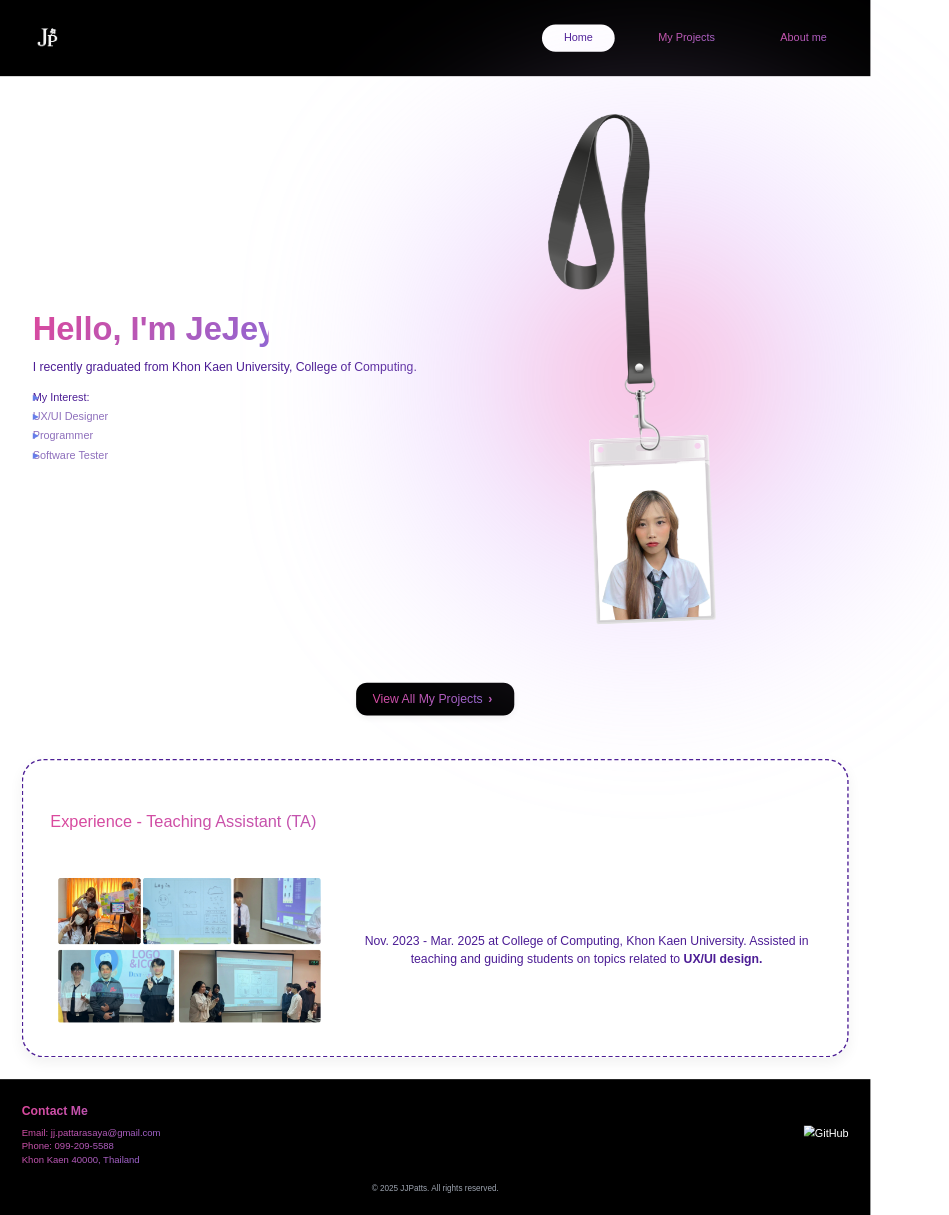
Repository: PattarasayaJJ/Portfolio-jjpatts
Page: /
These files come from the project's save history. The page is drawn as it stood at one moment and after the next save; the edit follows.
The browser window is 1280 px wide. The page is 1396 px wide, so the pictures cover 1396 px, including what lies to the right of the window. The pictures show the whole page, at 68% of full size.
The project was rebuilt for these pictures with package versions that can differ from the ones it lists, and the page was loaded fresh each time. Also part of the build but not shown: vite.config.js, vite.config.ts, src/header.css, src/components/Works.jsx, src/components/Aboutme.jsx.

Above is the page before, as saved 2025-08-03 16:50:05.

### index.html
<!doctype html>
<html lang="en">
  <head>
    <meta charset="UTF-8" />
    <link rel="icon" type="image/svg+xml" href="/JPtab.png" />
    <meta name="viewport" content="width=device-width, initial-scale=1.0" />
    <title>JJPatts Portfolio</title>
  </head>
  <body>
    <div id="root"></div>
    <script type="module" src="/src/index.jsx"></script>
  </body>
</html>

### src/index.css
@import 'tailwindcss/base';
@import 'tailwindcss/components';
@import 'tailwindcss/utilities';
@import url('https://fonts.googleapis.com/css2?family=Kanit:wght@400;700&display=swap');

*{
   font-family: 'Kanit', sans-serif;

}

### src/App.jsx
import React from 'react';
import { BrowserRouter as Router, Routes, Route } from 'react-router-dom';
import { Header } from './components/Header';
import { Hero } from './components/Hero';
import { Works } from './components/Works';
import { Aboutme } from './components/Aboutme' ;
import { Footer } from './components/Footer';
export function App() {
  return (
    <Router>
      <div className="w-full min-h-screen bg-white">
        <Header />
        <main className="w-full">
          <Routes>
            <Route path="/" element={<><Hero /> </>} />
            <Route path="/works" element={<><Works /></>}/>
            <Route path="/aboutme" element={<Aboutme />} />


          </Routes>
        </main>
        <Footer />

      </div>
    </Router>
  );
}

### src/components/Header.jsx
import React, { useState } from 'react';
import { Link, useLocation } from 'react-router-dom';
import { MenuIcon, XIcon } from 'lucide-react';
import '../header.css';

export function Header() {
  const [isMenuOpen, setIsMenuOpen] = useState(false);
  const location = useLocation();

  const isActive = (path) => location.pathname === path;

  return (
    <header className="w-full bg-black py-4 px-8 relative">
      <div className="max-w-7xl mx-auto flex justify-between items-center">
        <Link to="/">
          <div className="flex items-center">
            <img src="/JP.png" alt="logo" className="w-20" />
          </div>
        </Link>

        <nav className="hidden md:flex space-x-8">
          <Link
            to="/"
            className={`font-medium px-8 py-2 rounded-full ${
              isActive('/') ? 'bg-white text-purple-600' : 'gradient-text'
            }`}
            style={isActive('/') ? { color: '#4c1d95' } : {}}
          >
            Home
          </Link>
          <Link
            to="/works"
            className={`font-medium px-8 py-2 rounded-full ${
              isActive('/works') ? 'bg-white text-purple-600' : 'gradient-text'
            }`}
            style={isActive('/works') ? { color: '#4c1d95' } : {}}
          >
            My Projects
          </Link>
          <Link
            to="/aboutme"
            className={`font-medium px-8 py-2 rounded-full ${
              isActive('/aboutme') ? 'bg-white text-purple-600' : 'gradient-text'
            }`}
            style={isActive('/aboutme') ? { color: '#4c1d95' } : {}}
          >
            About me
          </Link>
        </nav>

        <button className="md:hidden text-white" onClick={() => setIsMenuOpen(!isMenuOpen)}>
          {isMenuOpen ? <XIcon size={24} /> : <MenuIcon size={24} />}
        </button>
      </div>

      <div
        className={`
          fixed top-0 right-0 w-64 h-full bg-black z-50 transform transition-transform duration-300 ease-in-out
          ${isMenuOpen ? 'translate-x-0' : 'translate-x-full'}
          md:hidden
        `}
      >
        <div className="p-6">
          <button className="text-white mb-8" onClick={() => setIsMenuOpen(false)}>
            <XIcon size={24} />
          </button>
          <nav className="flex flex-col space-y-6">
            <Link
              to="/"
              className={`font-medium px-6 py-2 rounded-full block text-center ${
                isActive('/') ? 'bg-white text-purple-600' : 'gradient-text'
              }`}
              style={isActive('/') ? { color: '#4c1d95' } : {}}
              onClick={() => setIsMenuOpen(false)}
            >
              Home
            </Link>
            <Link
              to="/works"
              className={`font-medium px-6 py-2 rounded-full block text-center ${
                isActive('/works') ? 'bg-white text-purple-600' : 'gradient-text'
              }`}
              style={isActive('/works') ? { color: '#4c1d95' } : {}}
              onClick={() => setIsMenuOpen(false)}
            >
              My Projects
            </Link>
            <Link
              to="/aboutme"
              className={`font-medium px-6 py-2 rounded-full block text-center ${
                isActive('/aboutme') ? 'bg-white text-purple-600' : 'gradient-text'
              }`}
              style={isActive('/aboutme') ? { color: '#4c1d95' } : {}}
              onClick={() => setIsMenuOpen(false)}
            >
              About me
            </Link>
          </nav>
        </div>
      </div>

      {isMenuOpen && (
        <div
          className="fixed inset-0 bg-black bg-opacity-50 z-40 md:hidden"
          onClick={() => setIsMenuOpen(false)}
        />
      )}
    </header>
  );
}

### src/components/Hero.jsx
import React from 'react';
import '../hero.css';
import { Link } from 'react-router-dom';

export const Hero = () => {
  return (
    <>
      <section className="hero-section">
        <div className="hero-container">
          <div className="hero-left">
            <div className="hero-text-box">
<span className="hero-name typing gradient-text">Hello, I'm JeJey.</span>              <p className="hero-quote">
                I recently graduated from Khon Kaen University, College of Computing.
              </p>
              <li className='interest'>My Interest: </li>              <li >UX/UI Designer</li>    <li >Programmer</li>               <li >Software Tester</li>
            </div>


          </div>

          <div className="hero-left">
            <div className="hero-image-wrapper">
              <img
                src="/card1.png"
                alt="Portfolio character illustration"
                className="hero-main-image"
              />
            </div>

          </div>

        </div>
          <Link
  to="/works"
  className="moreproject"
  onClick={() => window.scrollTo({ top: 0, behavior: 'instant' })}
>
  <span className="gradient-text">View All My Projects</span>
  <span className="arrow-icon gradient-text">›</span>
</Link>
      </section>

      <section className="hero-section">
        <div className="final-project-card-ex">
          <h2 className="final-project-title gradient-text">
            Experience - Teaching Assistant (TA)
          </h2>
          <div className="final-project-content">
            <div className="final">
              <img
                src="/ta.png"
                alt="TA Presentation"
                className="bottom-image"
              />
            </div>
            <p className="bottom-caption">
              Nov. 2023 - Mar. 2025 at College of Computing, Khon Kaen University.
              Assisted in teaching and guiding students on topics related to{' '}
              <span className="uxui">UX/UI design.</span>
            </p>
          </div>
        </div>
      </section>
    </>
  );
};

### src/components/Footer.jsx
import React from 'react';

export function Footer() {
  return (
    <footer className="w-full bg-black text-white py-8 px-8">
  <div className="max-w-7xl mx-auto flex flex-col md:flex-row justify-between items-center space-y-6 md:space-y-0">

        <div className="text-center md:text-left gradient-text ">
          <h2 className="text-lg font-semibold">Contact Me</h2>
          <p className="text-sm mt-2">Email: jj.pattarasaya@gmail.com</p>
          <p className="text-sm">Phone: 099-209-5588</p>
          <p className="text-sm">Khon Kaen 40000, Thailand</p>

        </div>

        <div className="flex space-x-4 ">
        <a href="https://github.com/PattarasayaJJ" target="_blank" rel="noopener noreferrer">
        <img src="https://github.githubassets.com/favicons/favicon.png" alt="GitHub" />

  </a>

        </div>
      </div>

      <div className="text-center text-xs text-gray-400 mt-6 ">
        © {new Date().getFullYear()} JJPatts. All rights reserved.
      </div>
    </footer>
  );
}

### src/hero.css

.hero-section {
  max-width: 80rem;
    margin: 0 auto;
    padding: 2rem;
}

.hero-container {
  max-width: 80rem;
  margin: 0 auto;
  display: flex;
  flex-direction: column;
  gap: 2rem;
  justify-content: space-between;
  align-items: center;
}

.hero-image-wrapper {
  position: relative;
  z-index: 10;
  overflow: visible;
}


@keyframes gradientShift {
  0% {
    background: radial-gradient(
      circle at center,
      rgba(244, 114, 182, 0.5),
      rgba(216, 180, 255, 0.3),
      transparent 70%
    );
  }
  50% {
    background: radial-gradient(
      circle at center,
      rgba(129, 140, 248, 0.5),
      rgba(216, 180, 255, 0.4),
      transparent 70%
    );
  }
  100% {
    background: radial-gradient(
      circle at center,
      rgba(244, 114, 182, 0.5),
      rgba(216, 180, 255, 0.3),
      transparent 70%
    );
  }
}


.hero-image-wrapper::before {
  content: "";
  position: absolute;
  top: 50%;
  left: 50%;
  width: 150%;
  height: 150%;
  transform: translate(-50%, -50%);
  filter: blur(80px);
  z-index: 5;
  pointer-events: none;
  animation: gradientShift 5s ease-in-out infinite;
}



.hero-left {
  position: relative;
  width: 100%;
}

@media (min-width: 768px) {
  .interest{
    list-style: none;
    color: #4c1d95;
    font-size: 1.125rem;




  }
  .interest::before {
  content: "▸";
  position: absolute;
  left: 0;
  color: #667eea;
  font-weight: bold;
  transition: all 0.3s ease;
}

li {
  list-style: none;
  color: #4d1d95;
  line-height: 2rem;
  font-size: 1.125rem;
  padding: 0.5rem 0;
  position: relative;
  padding-left: 1.5rem;
  transition: all 0.3s ease;
}

li:not(.interest)::before {
  content: "▸";
  position: absolute;
  left: 0;
  color: #667eea;
  font-weight: bold;
  transition: all 0.3s ease;
}

li:not(.interest):hover {
  color: #667eea;
  transform: translateX(5px);
}

li:not(.interest):hover::before {
  color: #764ba2;
  transform: scale(1.2);
}
  .hero-container {
    flex-direction: row;
  }
  .hero-left {
    width: 50%;
  }
  .final-project-card-ex {
    border-radius: 2rem;
    padding: 2.5rem;
    box-shadow: 0 8px 20px rgba(0, 0, 0, 0.06);
    border-width:2px;
    border-style:dashed;
    border-color: #4c1d95;
  }
  .hero-right {
    width: 50%;
    text-align: right;
  }
}





.hero-text-box {
  color: #4c1d95;
  max-width: 36rem;
  margin-left: auto;
}



.hero-quote {
  font-size: 1.125rem;
  margin-bottom: 1rem;

}

.hero-name {
  font-weight: 700;
  margin-top: 1rem;


}




@keyframes swingImage {
  0% {
    transform: rotate(0deg);
  }
  25% {
    transform: rotate(-3deg);
  }
  50% {
    transform: rotate(0deg);
  }
  75% {
    transform: rotate(3deg);
  }
  100% {
    transform: rotate(0deg);
  }
}

.hero-main-image {
  width: 100%;
  max-width: 28rem;
  margin: 0 auto;
  position: relative;
  z-index: 20;
  animation: swingImage 5s ease-in-out infinite;
  transform-origin:center;
}


@media (max-width: 767px) {
  .hero-image-wrapper::before {
    width: 100%;
    height: 100%;
    filter: blur(60px);
  }
  .hero-main-image {
    width: 90%;
    max-width: 20rem;
  }

  .hero-text-box {
    max-width: 100%;
    margin-left: 0;
    padding: 0 1rem;
  }
  .hero-quote {
    font-size: 1rem;

  }

  .bottom-caption {
    font-size: 1rem;
    color: #4c1d95;
    align-self: center;
    text-align: center;

  }
  .uxui{
    font-size: 1rem;
    color: #4c1d95;
    text-align: center;
    line-height: 1.5;
    font-weight: bold;

  }
  .final-project-card-ex {
    border-radius: 2rem;
    padding: 2.5rem;
    box-shadow: 0 8px 20px rgba(0, 0, 0, 0.06);
    border-width:2px;
    border-style:dashed;
    border-color: #4c1d95;
  }
  .interest{
    list-style: none;
    color: #4c1d95;

  }
  li{
    font-size: 1rem;
    color: #4d1d95a2;
    line-height: 1.8rem;

  }

}







  @media (min-width: 768px) {
    .experience-title {
      text-align: left;
      font-size: 1.5rem;
    }
  }



  @media (min-width: 768px) {

  }


  @media (min-width: 768px) {
    .bottom-image {
      width:100%;
      max-width: 700px;
      border-radius: 1rem;
    }


    .bottom-caption {
      font-size: 1.125rem;
      color: #4c1d95;
      align-self: center;
      text-align: center;

    }
    .uxui{
      font-size: 1.125rem;
      color: #4c1d95;
      text-align: center;
      line-height: 1.5;
      font-weight: bold;

    }
  }



  .hero-name{
    font-size: 3rem;
  }

  .typing {
    display: inline-block;
    overflow: hidden;
    white-space: nowrap;
    animation: typing 2s steps(13) forwards;
  }

  @keyframes typing {
    from { width: 0 }
    to { width: 13ch }
  }

### src/projects.css
.projects-section {
  max-width: 80rem;
  margin: 0 auto;
  padding: 2rem 1rem;
  background-color: #ffffff;
  width: 100%;
}

.projects-container {
  max-width: 80rem;
  margin: 0 auto;
  display: flex;
  flex-direction: column;
  gap: 2rem;
}

.final-project-card {
  background: linear-gradient(to right, #FFFFFF, #E1D0F9);
  border-radius: 2rem;
  padding: 2rem;
  box-shadow: 0 8px 20px rgba(0, 0, 0, 0.06);
  display: flex;
  flex-direction: column;
  align-items: center;
  gap: 1.5rem;
}

 .minicard{
    background: linear-gradient(to right, #ffffff, #ffffff);
    border-radius: 2rem;
    padding: 2.5rem;
    box-shadow: 0 8px 20px rgba(0, 0, 0, 0.06);
      border: 1px solid #eee7f9; /* สีม่วงเข้ม ชัดๆ */

  }

.final-project-content {
  display: flex;
  flex-direction: row;
  align-items: center;
  justify-content: space-between;
  gap: 2em;
  font-size: 1.125rem;
  color: #4c1d95;
}

.final-project-text {
  width: 100%;
}

.project-title,
.final-project-title {
  font-size: 1.5rem;
  margin-bottom: 1.5rem;
  padding: 2rem 0;
  color: #DD489B;
}

.project-card.mini .project-title {
  color: #9067D3;
}

.project-image,
.final-project-image,
.project-screenshot {
  width: 100%;
  max-width: 800px;
  height: auto;
  border-radius: 1rem;
  object-fit: cover;
  display: flex;
  align-items: center;
  justify-content: center;
  margin-top: 1rem;
}

.moreproject {
  width: fit-content;
  height: 3rem;
  border-radius: 16px;
  display: flex;
  align-items: center;
  justify-content: center;
  font-size: 1.125rem;
  cursor: pointer;
  transition: background-color 0.3s, transform 0.2s;
  text-decoration: none;
  margin: 2rem auto 0;
  box-shadow: 0 4px 10px rgba(0, 0, 0, 0.05);
  animation: pulseMove 2s ease-in-out infinite;
  background-color: black;
  padding: 0 1.5rem;
}

.moreproject:hover {
  background-color: #f2f2f2;
  transform: scale(1.08);
}

.arrow-icon {
  padding: 0.5rem;
  font-weight: bold;
}

@keyframes pulseMove {
  0% {
    transform: scale(1);
  }

  50% {
    transform: scale(1.05);
  }

  100% {
    transform: scale(1);
  }
}

@media (max-width: 767px) {
  .projects-section {
    padding: 2rem 1rem;
  }

  .final-project-card {
    padding: 2rem;
    border-radius: 1.5rem;
  }

  .final-project-content {
    flex-direction: column;
    font-size: 1rem;
  }

  .final-project-text {
    width: 100%;
  }

  .final-project-image {
    width: 100%;
  }

  .project-title {
    font-size: 1.25rem;
  }

  .icon-wrapper {
    width: 2rem;
    height: 2rem;
  }

  .project-screenshot {
    margin-top: 1rem;
  }

  .mini-projects-grid {
    gap: 1.5rem;
  }

  .text-final,
  .appname {
    text-align: center;
    font-size: 1rem;
    color: #4c1d95;
    font-weight: 700;
  }
}

@media (min-width: 768px) {
  .projects-section {
    padding: 2rem;
  }

  .project-title {
    font-size: 2rem;
  }

  .project-image {
    max-width: 1000px;
  }

  .text-final,
  .final-project-content,
  .appname {
    font-size: 1.125rem;
    color: #4c1d95;
  }

  .appname {
    font-weight: 700;
  }
}

@media (min-width: 768px) and (max-width: 1024px) and (orientation: portrait) {
  .final-project-content {
    flex-direction: column;
  }
}

### src/work.css
.projects-section {
  width: 100%;
  max-width: 1200px;
  margin: 0 auto;
  padding: 2rem 1rem;
  background-color: #ffffff;
}

.projects-container {
  display: flex;
  flex-direction: column;
  gap: 3rem;
}

.breadcrumb {
  margin-bottom: 2rem;
  font-size: 0.9rem;
  color: #666;
}

.breadcrumb-link {
  color: #666;
  text-decoration: none;
}

.breadcrumb-link:hover {
  color: #333;
}

.breadcrumb-separator {
  margin: 0 0.5rem;
}

.breadcrumb-current {
  color: #333;
  font-weight: 500;
}

.final-project-text {
  text-align: left;
}

.project-title {
  font-size: 2rem;
  font-weight: 700;
  color: #DD489B;
  margin: 0;
  list-style: none;
}

.project-title li {
  list-style: none;
}

.gradient-text {
  background: linear-gradient(135deg, #DD489B, #9067D3);
  -webkit-background-clip: text;
  -webkit-text-fill-color: transparent;
  background-clip: text;
}

/* Project Card */
.project-card {
  background: #ffffff;
  border-radius: 20px;
  padding: 3rem;
  box-shadow: 0 8px 32px rgba(0, 0, 0, 0.08);
  border: 1px solid #f0f0f0;
  display: flex;
  flex-direction: column;
  gap: 2rem;
}

/* Project Images */
.project-images {
  display: flex;
  justify-content: center;
  gap: 2rem;
  margin-bottom: 1rem;
}

.project-images.single {
  justify-content: center;
}

.project-images.single .project-image {
  max-width: 600px;
}

.project-image {
  max-width: 400px;
  width: 100%;
  height: auto;
  border-radius: 12px;
  box-shadow: 0 8px 24px rgba(0, 0, 0, 0.12);
  transition: transform 0.3s ease, box-shadow 0.3s ease;
}

.project-image:hover {
  transform: translateY(-4px);
  box-shadow: 0 12px 32px rgba(0, 0, 0, 0.16);
}

/* Project Content */
.project-content {
  text-align: center;
  display: flex;
  flex-direction: column;
  gap: 1.5rem;
}

.project-name {
  font-size: 1.25rem;
  line-height: 1.6;
  color: #4c1d95;
  margin: 0;
  font-weight: 400;
}

.highlight {
  font-weight: 700;
  color: #6b46c1;
}

/* Skills List */
.skills-list {
  display: flex;
  flex-wrap: wrap;
  gap: 0.75rem;
  margin-top: 1rem;
}

.skill-tag {
  background: linear-gradient(135deg, #e5d4ff, #f3e8ff);
  color: #6b46c1;
  padding: 0.5rem 1rem;
  border-radius: 20px;
  font-size: 0.875rem;
  font-weight: 500;
  border: 1px solid #e5d4ff;
  transition: all 0.3s ease;
}

.skill-tag:hover {
  background: linear-gradient(135deg, #ddd6fe, #e5d4ff);
  transform: translateY(-2px);
  box-shadow: 0 4px 12px rgba(107, 70, 193, 0.2);
}

/* Responsive Design */
@media (max-width: 1024px) {
  .project-images {
    gap: 1.5rem;
  }

  .project-image {
    max-width: 350px;
  }
}

@media (max-width: 768px) {
  .projects-section {
    padding: 1.5rem 1rem;
  }

  .project-card {
    padding: 2rem 1.5rem;
  }

  .project-images {
    flex-direction: column;
    align-items: center;
    gap: 1.5rem;
  }

  .project-image {
    max-width: 100%;
    width: 100%;
  }

  .project-images.single .project-image {
    max-width: 100%;
  }

  .project-title {
    font-size: 1.5rem;
  }

  .project-name {
    font-size: 1.1rem;
    text-align: left;
  }

  .skills-list {
    justify-content: flex-start;
  }
}

@media (max-width: 480px) {
  .project-card {
    padding: 1.5rem 1rem;
  }

  .project-name {
    font-size: 1rem;
  }

  .skill-tag {
    font-size: 0.75rem;
    padding: 0.4rem 0.8rem;
  }
}

Loaded but not shown: src/index.jsx (common file); tailwind.config.js (common file); src/aboutme.css (300 lines, source omitted)

After the next save:
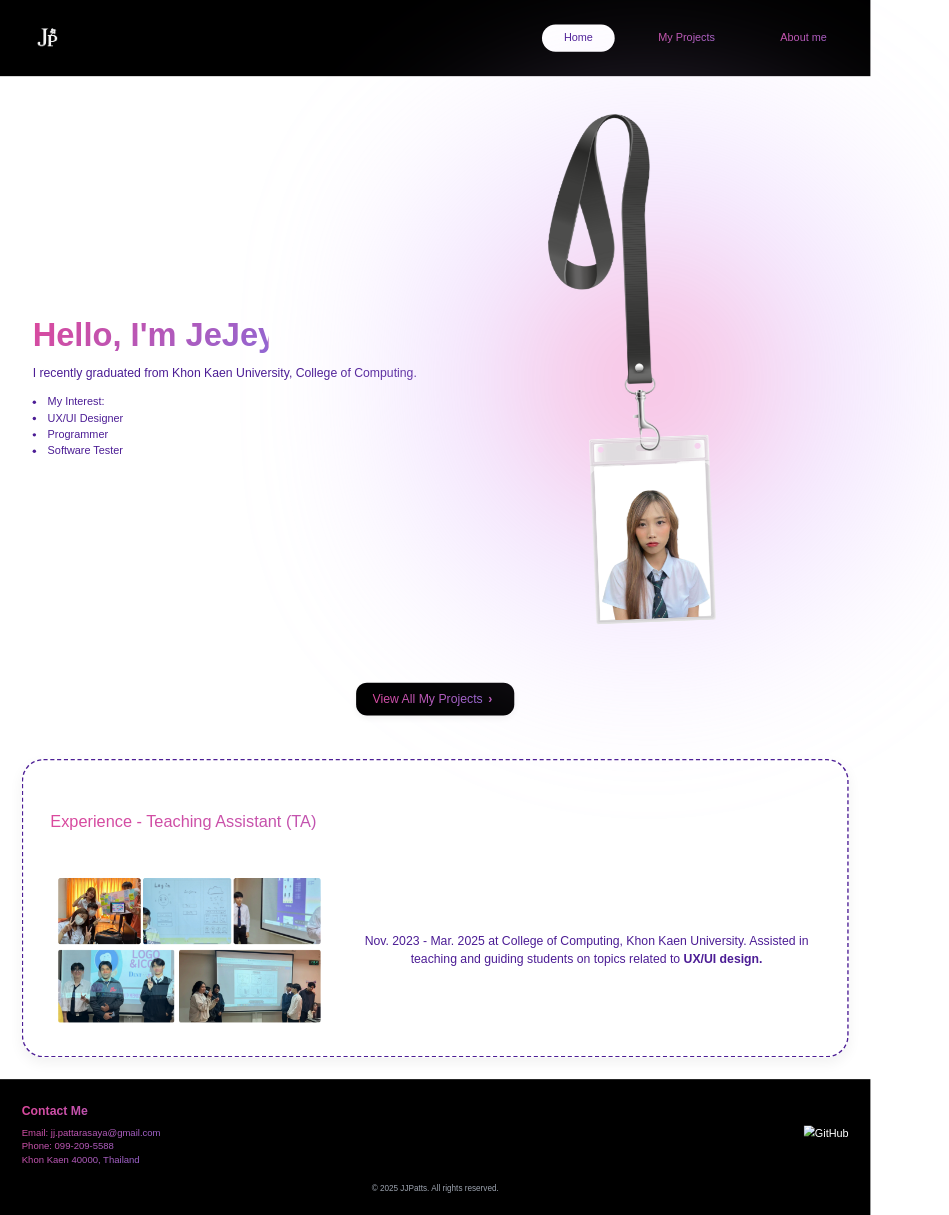
Saved 30 s later.
--- a/src/hero.css
+++ b/src/hero.css
@@ -72,53 +72,7 @@
 }
 
 @media (min-width: 768px) {
-  .interest{
-    list-style: none;
-    color: #4c1d95;
-    font-size: 1.125rem;
-
-
-
-
-  }
-  .interest::before {
-  content: "▸";
-  position: absolute;
-  left: 0;
-  color: #667eea;
-  font-weight: bold;
-  transition: all 0.3s ease;
-}
-
-li {
-  list-style: none;
-  color: #4d1d95;
-  line-height: 2rem;
-  font-size: 1.125rem;
-  padding: 0.5rem 0;
-  position: relative;
-  padding-left: 1.5rem;
-  transition: all 0.3s ease;
-}
-
-li:not(.interest)::before {
-  content: "▸";
-  position: absolute;
-  left: 0;
-  color: #667eea;
-  font-weight: bold;
-  transition: all 0.3s ease;
-}
-
-li:not(.interest):hover {
-  color: #667eea;
-  transform: translateX(5px);
-}
-
-li:not(.interest):hover::before {
-  color: #764ba2;
-  transform: scale(1.2);
-}
+
   .hero-container {
     flex-direction: row;
   }
